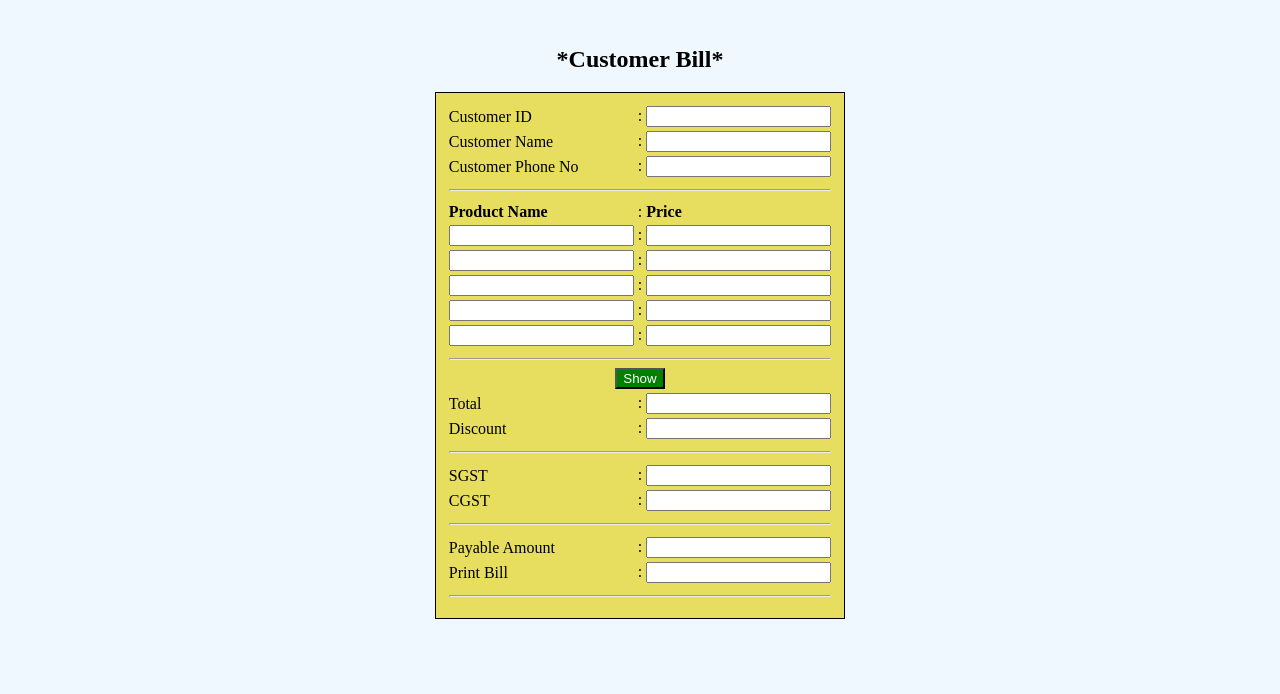
Repository: gajanansp07/Advance_Java_Practice
Page: http://localhost/JspPro/JspTest.jsp
These files come from the project's save history. The page is drawn as it stood at one moment and after the next save; the edit follows.
The browser window is 1280 px wide. The pictures show the whole page.
The page is served by Tomcat 9.

Above is the page before, as saved 2022-03-13 17:03:06.

### JspPro/src/main/webapp/JspTest.jsp
<%@ page language="java" contentType="text/html; charset=ISO-8859-1"
    pageEncoding="ISO-8859-1"%>
<!DOCTYPE html>
<html>
<head>
<meta charset="ISO-8859-1">
<title>Insert title here</title>
<style>
		#show{
			appearance: auto;
			user-select: none;
			white-space: pre;
			align-items: flex-start;
			text-align: center;
			cursor: default;
			box-sizing: border-box;
			background-color: green;
			color: white;
			padding: 1px 6px;
			border-width: 2px;
			border-style: outset;
			border-color: -internal-light-dark(rgb(118, 118, 118), rgb(133, 133, 133));
			border-image: initial;
		}
        body {
			background-color: aliceblue;
            margin-top: 2%;
        }

        td {
            padding: 1px;
        }

        table {
        	background-color: #e7de5f;
        	border : 1px solid;
        	padding :10px;
            text-align: -webkit-center;
        }
    </style>
	<script type="text/javascript">
		function showBill(){
			//alert("ok");
			let tamt = document.getElementById('tamt');
			let tdec = document.getElementById('tdec');
			let sgst = document.getElementById('sgst');
			let cgst = document.getElementById('cgst');
			let payamt = document.getElementById('payamt');
			let prtamt = document.getElementById('prtamt');


			const PRO1 = document.getElementById('p1prc');
			const PRO2 = document.getElementById('p2prc');
			const PRO3 = document.getElementById('p3prc');
			const PRO4 = document.getElementById('p4prc');
			const PRO5 = document.getElementById('p5prc');

			let p1 = PRO1.value? parseInt(PRO1.value) : 0;
			let p2 = PRO2.value? parseInt(PRO2.value) : 0;
			let p3 = PRO3.value? parseInt(PRO3.value) : 0;
			let p4 = PRO4.value? parseInt(PRO4.value) : 0;
			let p5 = PRO5.value? parseInt(PRO5.value) : 0;

			let total = p1+p2+p3+p4+p5;
			let des = parseFloat(total*0.1);
			let sgs = parseFloat(total*0.09);
			let cgs = parseFloat(total*0.09);

			tamt.value = total.toFixed(2);
			tdec.value = des.toFixed(2);
			sgst.value = sgs.toFixed(2);
			cgst.value = cgs.toFixed(2);
			console.log(typeof pymt);
			payamt.value = ((total+sgs+cgs)-des).toFixed(2);
			prtamt.value = (total+sgs+cgs).toFixed(2);

		}
	</script>
</head>
<body>
	<form action="CustBill.jsp" method="get" >
	<table align="center">
	<caption><h2>*Customer Bill*</h2></caption>
	<tr><td>Customer ID</td><td> :  <input type="text" name="cid" id="cid"> </td></tr>
	<tr><td>Customer Name</td><td> :  <input type="text" name="cname" id="cname"> </td></tr>
	<tr><td>Customer Phone No</td><td> :  <input type="text" name="cpone" id="cpone"> </td></tr>
	<tr><td colspan=2><hr /></td> </tr>
	<tr><td><b>Product Name</b></td><td> :  <b>Price</b> </td></tr>
	<tr><td> <input type="text" name="pname1" id="pname1"></td><td> :  <input type="text" name="p1prc" id="p1prc"> </td></tr>
	<tr><td> <input type="text" name="pname2" id="pname2"></td><td> :  <input type="text" name="p2prc" id="p2prc"> </td></tr>
	<tr><td> <input type="text" name="pname3" id="pname3"></td><td> :  <input type="text" name="p3prc" id="p3prc"> </td></tr>
	<tr><td> <input type="text" name="pname4" id="pname4"></td><td> :  <input type="text" name="p4prc" id="p4prc"> </td></tr>
	<tr><td> <input type="text" name="pname5" id="pname5"></td><td> :  <input type="text" name="p5prc" id="p5prc"> </td></tr>
	<tr><td colspan=2 align="center"> <hr /> <input type="button" value="Show" id="show" onclick="showBill()"> </td> </tr>
	<tr><td> Total</td><td> :  <input type="text" name="tamt" id="tamt"> </td></tr>
	<tr><td> Discount </td><td> :  <input type="text" name="tdec" id="tdec"> </td></tr>
	<tr><td colspan=2><hr /></td> </tr>
	<tr><td> SGST</td><td> :  <input type="text" name="sgst" id="sgst"> </td></tr>
	<tr><td> CGST</td><td> :  <input type="text" name="cgst" id="cgst"> </td></tr>
	<tr><td colspan=2><hr /></td> </tr>
	<tr><td> Payable Amount</td><td> :  <input type="text" name="payamt" id="payamt"> </td></tr>
	<tr><td> Print Bill</td><td> :  <input type="text" name="prtamt" id="prtamt"> </td></tr>
	<tr><td colspan=2><hr /></td> </tr>
	</table>
	</form>

</body>
</html>

After the next save:
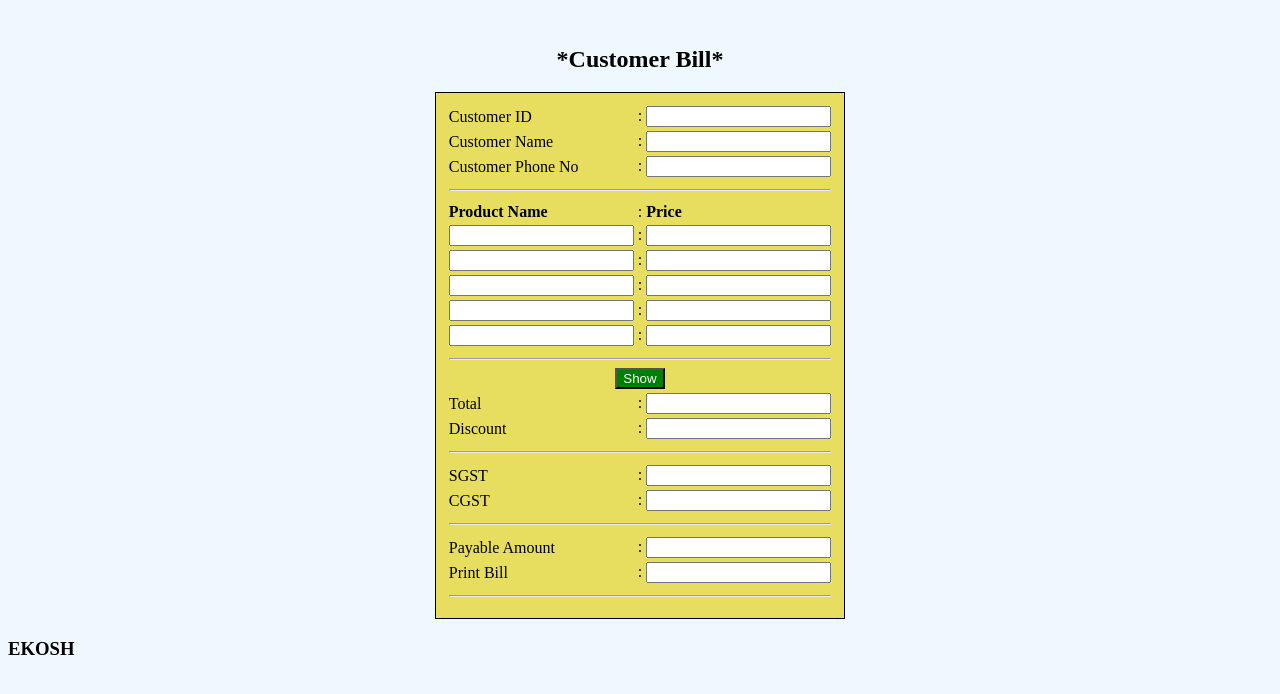
Saved 27 s later.
--- a/JspPro/src/main/webapp/JspTest.jsp
+++ b/JspPro/src/main/webapp/JspTest.jsp
@@ -5,6 +5,7 @@
 <head>
 <meta charset="ISO-8859-1">
 <title>Insert title here</title>
+<style src=""></style>
 <style>
 		#show{
 			appearance: auto;
@@ -104,5 +105,13 @@
 	</table>
 	</form>
 
+	<div class="container">
+  <div class="row">
+    <div class="col-md-12 text-center">
+      <h3 class="animate-charcter"> EKOSH</h3>
+    </div>
+  </div>
+</div>
+
 </body>
 </html>
